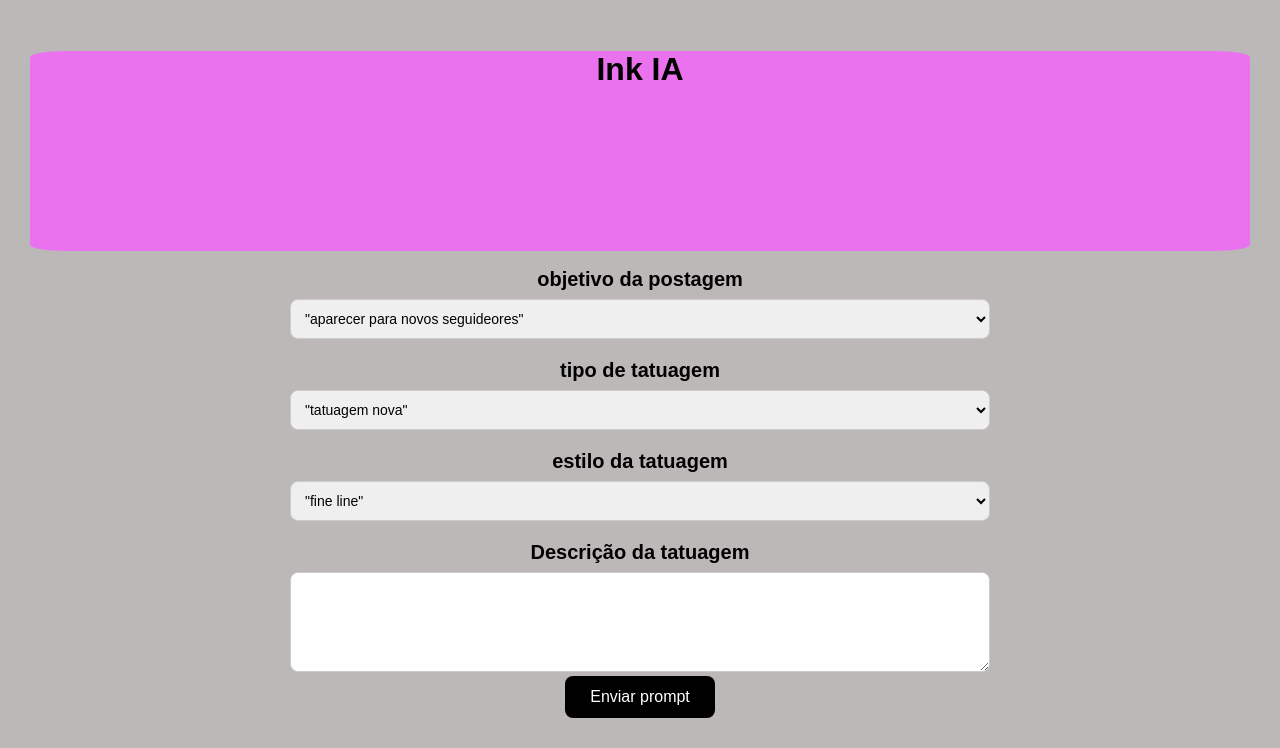
Repository: Ubiratandev/ink_api
Page: ink_IA/ink_ia.html
The author's editor kept a copy of each file at every save. The page is drawn from the files as they stood at one save, then again after the next save.
The browser window is 1280 px wide. The pictures show the whole page.

Above is the page before, as saved 2026-03-25 00:19:35.

After the next save:
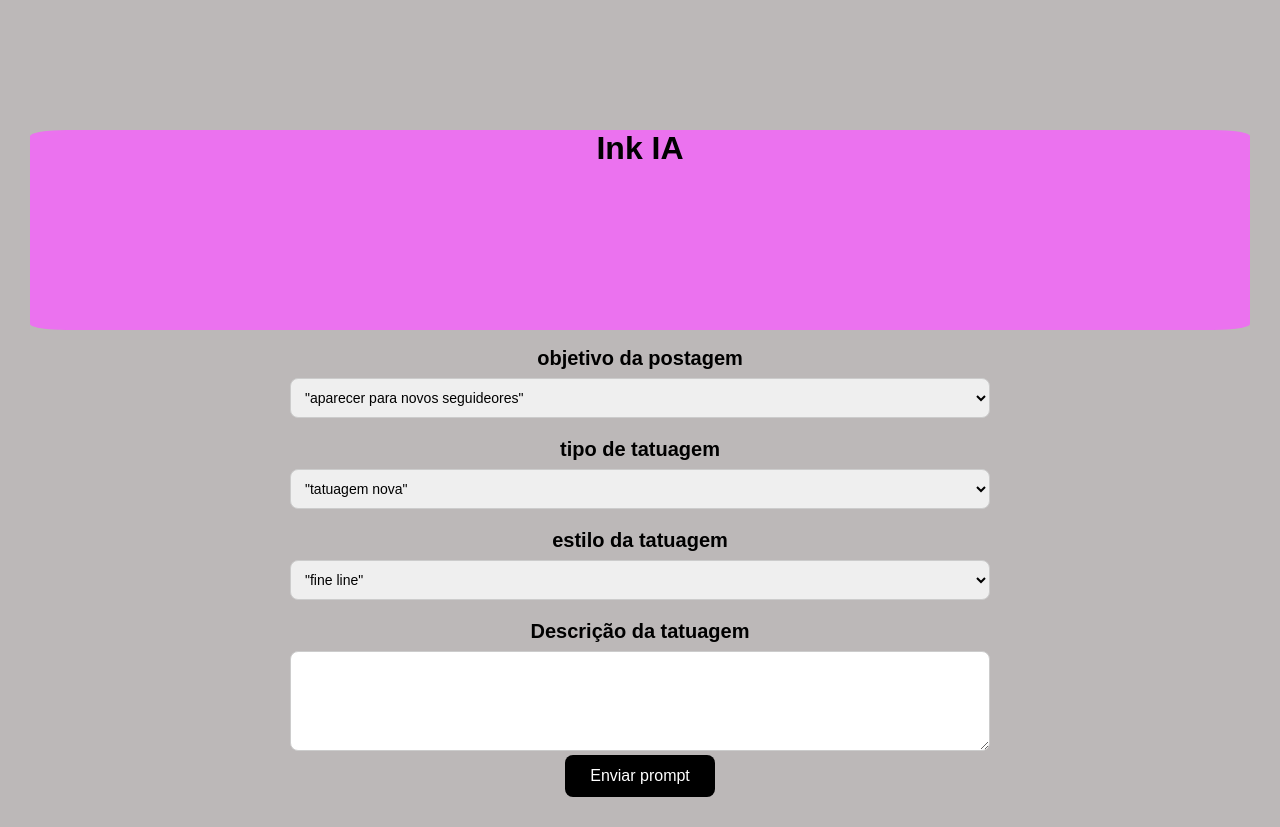
Saved 27 s later.
--- a/ink_IA/styles.css
+++ b/ink_IA/styles.css
@@ -1,6 +1,7 @@
 /* RESET básico */
 header {
   margin: auto;
+  margin-top:100px;
   padding:auto;
   height:200px;
   font-family: Arial, sans-serif;
